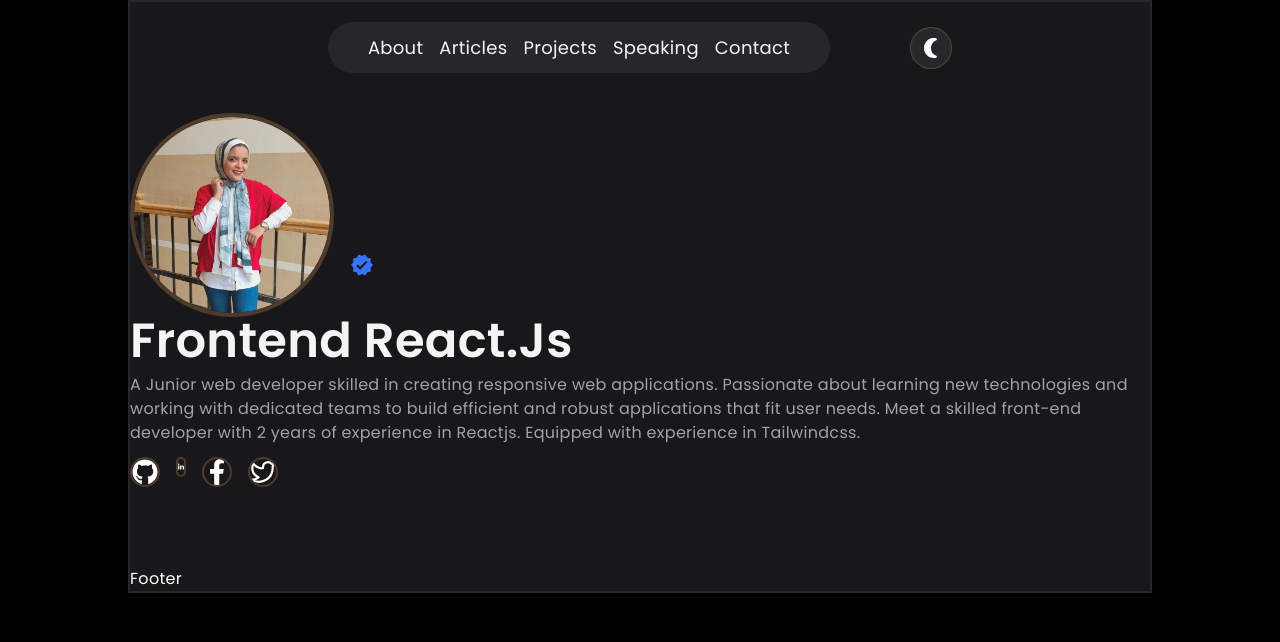
Repository: Wafaabahgat/Portfolio
Page: /
The author's editor kept a copy of each file at every save. The page is drawn from the files as they stood at one save, then again after a run of saves.
The browser window is 1280 px wide. The pictures show the whole page.
The project was rebuilt for these pictures with package versions that can differ from the ones it lists, and the page was loaded fresh each time. Also part of the build but not shown: vite.config.ts, src/App.css, src/ErrorPage.tsx.

Above is the page before, as saved 2023-12-08 03:32:56.

After the next 2 saves:
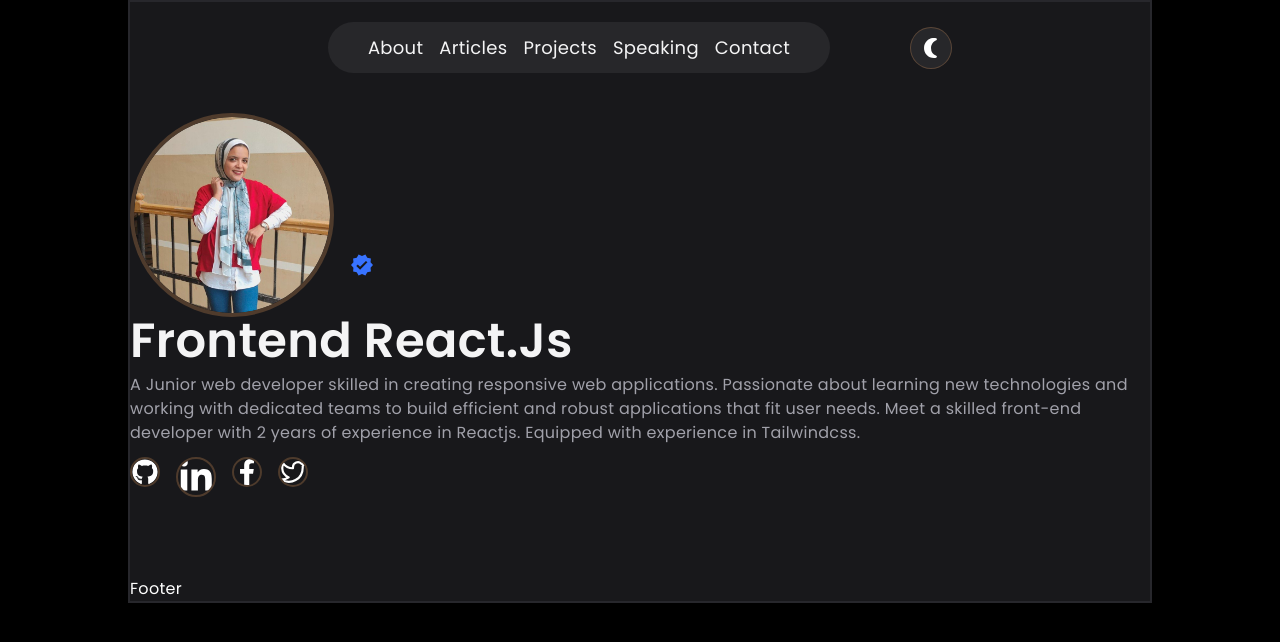
The 2 saves are shown as one change because they came seconds apart.
The last was saved 7 s later.
--- a/src/components/home/Hero.tsx
+++ b/src/components/home/Hero.tsx
@@ -30,7 +30,7 @@ const Hero: FC<HeroProps> = () => {
           </p>
           <div className="flex gap-4 ">
             <FaGithub className="text-3xl rounded-full  border-2 border-border-menu " />
-            <FaLinkedinIn className="text-3xl rounded-full w-[10px] h-[20px] border-2 border-border-menu " />
+            <FaLinkedinIn className="text-3xl rounded-full w-[40px] h-[40px] border-2 border-border-menu " />
             <FaFacebookF className="text-3xl rounded-full border-2 border-border-menu " />
             <FiTwitter className="text-3xl rounded-full border-2 border-border-menu " />
           </div>
